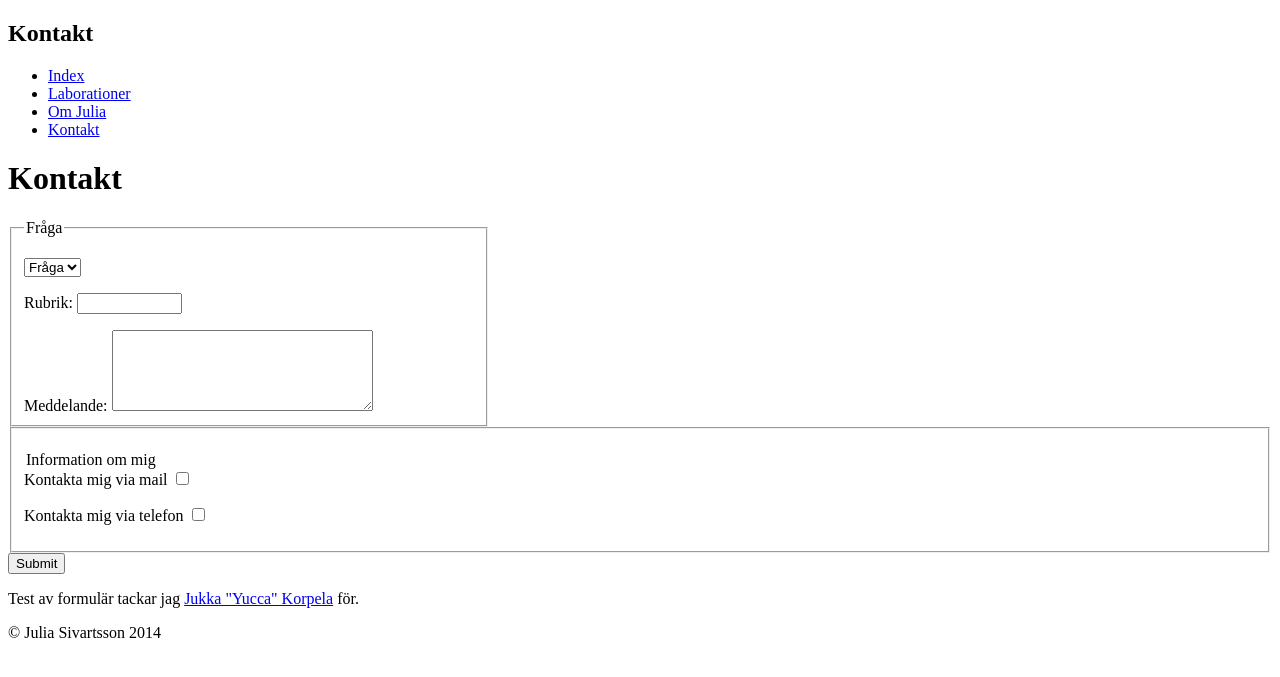
Repository: JuliaSivartsson/1ik415-jsigc09-laborationer
Page: pages/kontakt.html
The author's editor kept a record of every edit. The page is drawn from the files as they stood at one moment, then again after the next edit.
The browser window is 1280 px wide. The pictures show the whole page.

Above is the page before.

### pages/kontakt.html
<!DOCTYPE html>
<html lang="sv">

<head>
<meta charset="UTF-8" />
<!-- Sidans titel -->
<title>Kontakt</title>

</head>
<body>

    <!-- Meny -->
    <!-- Rubrik 2 (lite mindre format) -->
    <h2>Kontakt</h2>
    <ul>
        <li><a href="../index.html">Index</a></li>
        <li><a href="laborationer.html">Laborationer</a></li>
        <li><a href="presentation.html">Om Julia</a></li>
        <li><a href="kontakt.html">Kontakt</a></li>
    </ul>

    <!-- Rubrik 1 -->
    <h1>Kontakt</h1>

    <form id="form" name="form" method="post" action=" http://www.cs.tut.fi/cgi-bin/run/~jkorpela/echoraw.cgi">
    <fieldset style="width: 450px;">
    <legend>Fråga</legend>
        <p><select name="arende" id="arende">
            <option value="fraga"> Fråga </option>
            <option value="asikt"> Åsikt </option>
            <option value="kritik"> Kritik </option>
        </select></p>

        <p><label for="rubrik">Rubrik:</label>
        <input type="text" name="rubrik" id="rubrik" size="10" /></p>

        <label for="meddelande">Meddelande:</label>
        <textarea name="meddelande" id="meddelande" cols="30" rows="5"></textarea>
    </fieldset>

    <fieldset>
    <p><legend>Information om mig</legend>
    <label for="mail">Kontakta mig via mail</label>
    <input type="checkbox" name="mail" id="mail" value="mail"/>
    </p>
    <p>
    <label for="telefon">Kontakta mig via telefon</label>
    <input type="checkbox" name="telefon" id="telefon" value="telefon"/>
    </p>
    </fieldset>
    <input type="submit" name="submit" id="submit"/>

    <p>
        Test av formulär tackar jag <a target="_blank" href="http://www.cs.tut.fi/~jkorpela/forms/testing.html">Jukka "Yucca" Korpela</a> för.
    </p>

    <!-- Längst ner på sidan -->
    <footer>
        © Julia Sivartsson 2014
    </footer>

</body>
</html>

After the next edit:
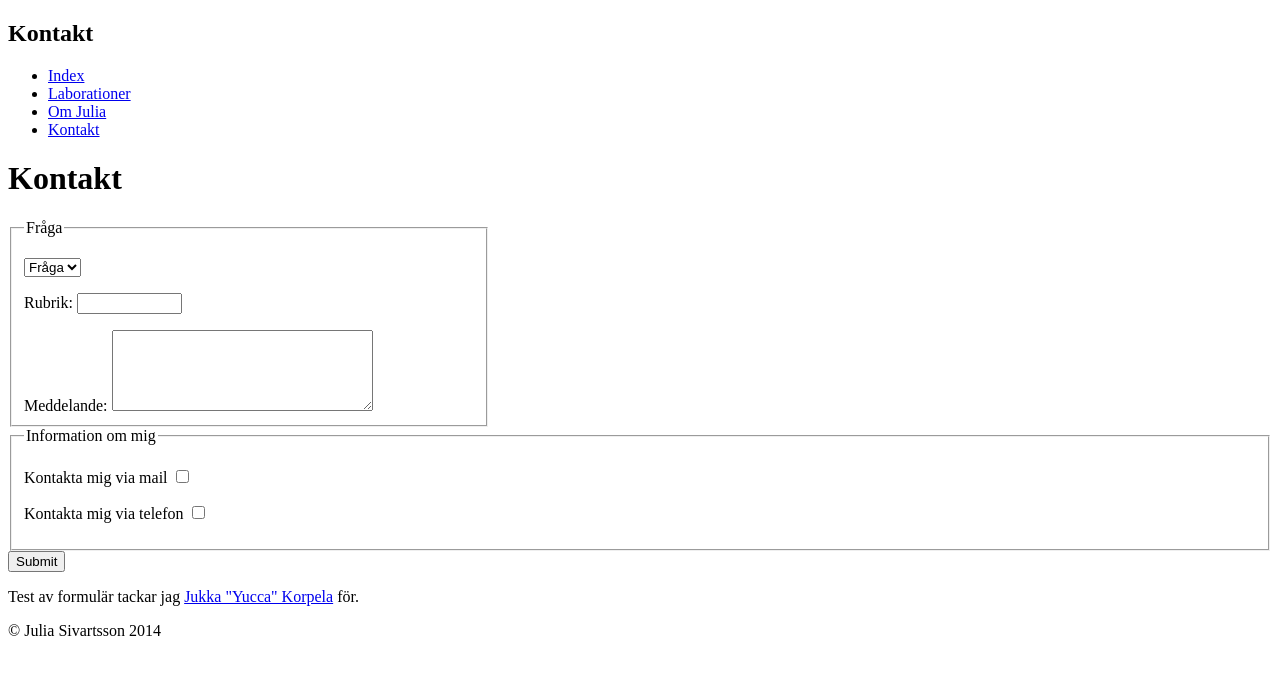
The edit:
--- a/pages/kontakt.html
+++ b/pages/kontakt.html
@@ -39,9 +39,10 @@
     </fieldset>
 
     <fieldset>
-    <p><legend>Information om mig</legend>
-    <label for="mail">Kontakta mig via mail</label>
-    <input type="checkbox" name="mail" id="mail" value="mail"/>
+    <legend>Information om mig</legend>
+    <p>
+        <label for="mail">Kontakta mig via mail</label>
+        <input type="checkbox" name="mail" id="mail" value="mail"/>
     </p>
     <p>
     <label for="telefon">Kontakta mig via telefon</label>
